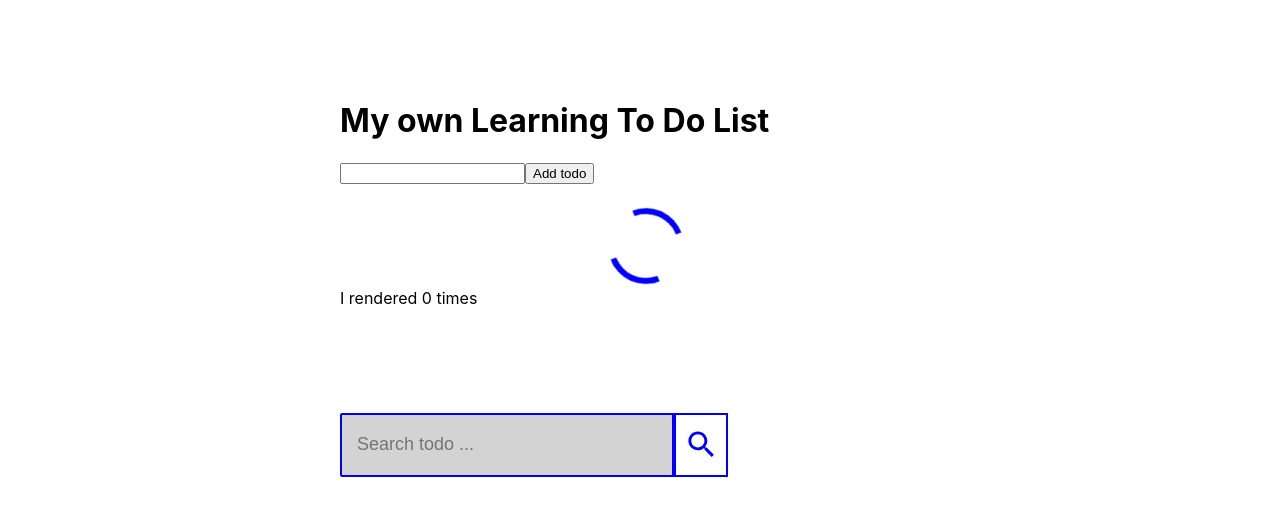
Repository: ArusyakAghajanyan/To-Do
Page: /
The author's editor kept a copy of each file at every save. The page is drawn from the files as they stood at one save, then again after the next save.
The browser window is 1280 px wide. The pictures show the whole page.
The page's requests for data from a server got no answer. The project was rebuilt for these pictures with package versions that can differ from the ones it lists, and the page was loaded fresh each time. No one was signed in, and anything a server would have sent is missing. Also part of the build but not shown: src/Todo/TodoItem.js, src/Todo/TodoList.js.

Above is the page before, as saved 2022-03-11 02:03:44.

### src/index.css
body {
  margin: 0;
  font-family: -apple-system, BlinkMacSystemFont, 'Segoe UI', 'Roboto', 'Oxygen',
    'Ubuntu', 'Cantarell', 'Fira Sans', 'Droid Sans', 'Helvetica Neue',
    sans-serif;
  -webkit-font-smoothing: antialiased;
  -moz-osx-font-smoothing: grayscale;
}

code {
  font-family: source-code-pro, Menlo, Monaco, Consolas, 'Courier New',
    monospace;
}
.wrapper {
  padding-top: 5rem;
  margin: 0 auto;
  width: 600px;
}
.rm {
  background: red;
  border-radius: 50%;
  color:#fff;
  border: none;
}

.done {
  text-decoration: line-through;
}

.lds-dual-ring {
  display: inline-block;
  width: 80px;
  height: 80px;
}

.lds-dual-ring:after {
  content: " ";
  display: block;
  width: 64px;
  height: 64px;
  margin: 8px;
  border-radius: 50%;
  border: 6px solid blue;
  border-color: blue transparent blue transparent;
  animation: lds-dual-ring 1.2s linear infinite;
}
@keyframes lds-dual-ring {
  0% {
    transform: rotate(0deg);
  }
  100% {
    transform: rotate(360deg);
  }
}

### src/App.js
import React, { useEffect, useRef } from 'react'
import TodoList from './Todo/TodoList'
import Context from './context'
import Loader from './Loader'
import SearchBar from './Search/SearchBar'

const AddTodo = React.lazy(
  () =>
  new Promise(resolve => {
    setTimeout(() => {
      resolve(import('./Todo/AddTodo'))
    }, 3000)
  })
  )

function App() {
  const [todos, setTodos] = React.useState([])
    // { id: 1, completed: false, title: 'Learn HTML, CSS'},
    // { id: 2, completed: true, title: 'Learn Js'},
    // { id: 3, completed: false, title: 'Learn React'},
    // { id: 4, completed: false, title: 'Learn Java'}
  const [loading, setLoading] = React.useState(true)
  const renderCount = useRef(0)

  useEffect(() => {
    renderCount.current = renderCount.current + 1
  })


useEffect(() => {
  fetch('https://jsonplaceholder.typicode.com/todos?_limit=5')
    .then(response => response.json())
    .then(todos => {
      setTimeout(() => {
        setTodos(todos)
        setLoading(false)
      }, 2000)
    })
}, [])

  function toggleTodo(id){
    setTodos(
    todos.map(todo => {
    if (todo.id === id) {
      todo.completed = !todo.completed
    }
    return todo
    })
    )
  }

  function removeTodo(id){
   setTodos(todos.filter(todo => todo.id !== id))
  }

  function addTodo(title) {
    setTodos(todos.concat([{
      title,
      id: Date.now(),
      completed: false
    }]))
  }
  return (
    <Context.Provider value={{ removeTodo }}>
    <div className='wrapper'>
      <h1>My own Learning To Do List</h1>
      <React.Suspense fallback={<p>Loading...</p>}>

      <AddTodo onCreate={addTodo} />
      </React.Suspense>
      {loading && <Loader />}
      {todos.length ? (
      <TodoList todos={todos} onToggle={toggleTodo} />
      ) : loading ? null : (
        <p>No todos!</p>
       )}
       <div> I rendered {renderCount.current} times </div>
       <div >
      <SearchBar placeholder="Search todo ..." data={todos} />
    </div>

    </div>
    </Context.Provider>

  )
}

export default App

// className="App"

### src/Loader.js
import React from 'react'

export default () => <div style={{display: 'flex', justifyContent: 'center', margin: '.5rem' }}>
    <div className="lds-dual-ring" /></div>

### src/Search/SearchBar.js
import React, { useState } from "react";
import "./SearchBar.css";
import SearchIcon from '@mui/icons-material/Search';
import CloseIcon from '@mui/icons-material/Close';

function SearchBar({ placeholder, data }) {
  const [filteredData, setFilteredData] = useState([]);
  const [wordEntered, setWordEntered] = useState("");

  const handleFilter = (event) => {
    const searchWord = event.target.value;
    setWordEntered(searchWord);
    const newFilter = data.filter((value) => {
      return value.title.toLowerCase().includes(searchWord.toLowerCase());
    });

    if (searchWord === "") {
      setFilteredData([]);
    } else {
      setFilteredData(newFilter);
    }
  };

  const clearInput = () => {
    setFilteredData([]);
    setWordEntered("");
  };

  return (
    <div className="search">
      <div className="searchInputs">
        <input
          type="text"
          placeholder={placeholder}
          value={wordEntered}
          onChange={handleFilter}

        />
        <div className="searchIcon">
          {filteredData.length === 0 ? (
            <SearchIcon />
          ) : (
            <CloseIcon id="clearBtn" onClick={clearInput} />
          )}
        </div>
      </div>
      {filteredData.length != 0 && (
        <div className="dataResult">
          {filteredData.slice(0, 15).map((value, key) => {
            return (
              <a className="dataItem" href={value.link} target="_blank">
                <p>{value.title} </p>
              </a>
            );
          })}
        </div>
      )}
    </div>
  );

}

export default SearchBar;

### src/Todo/AddTodo.js
import React, { useState } from "react";
import PropTypes from "prop-types";

function useInputValue(defaultValue = " ") {
  const [value, setValue] = useState(defaultValue);
  return {
    bind: {
      value,
      onChange: (event) => setValue(event.target.value),
    },
    clear: () => setValue(""),
    value: () => value,
  };
}

function AddTodo({ onCreate }) {
  const input = useInputValue(" ");

  function submitHandler(event) {
    event.preventDefault();

    if (input.value().trim()) {
      onCreate(input.value());
      input.clear();
    }
  }

  return (
    <form style={{ marginBottom: "1rem" }} onSubmit={submitHandler}>
      <input {...input.bind} />
      <button type="submit">Add todo</button>
    </form>
  );
}

AddTodo.propTypes = {
  onCreate: PropTypes.func.isRequired,
};

export default AddTodo;

### src/Search/SearchBar.css
.searchInputs {
    margin-top: 105px;
    display: flex;
  }

  .search input{
    background-color: lightgray;
    border: 2px solid blue;
    border-radius: 2px;
    border-top-right-radius: 0px;
    border-bottom-right-radius: 0px;
    font-size: 18px;
    padding: 15px;
    height: 30px;
    width: 300px;
  }

  .searchIcon {
    border: 2px solid blue;
    height: 60px;
    width: 50px;
    background-color: white;
    display: grid;
    place-items: center;
    color: blue;
  }

  input:focus {
    outline: none;
  }
  .searchIcon svg {
    font-size: 35px;
  }

  .dataResult {
    margin-top: 5px;
    width: 300px;
    height: 200px;
    background-color: white;
    box-shadow: rgba(0, 0, 0, 0.35) 0px 5px 15px;
    overflow: hidden;
    overflow-y: auto;
  }

  .dataResult::-webkit-scrollbar {
    display: none;
  }

  .dataResult .dataItem {
    width: 100%;
    height: 50px;
    display: flex;
    align-items: center;
    color: black;
  }

  .dataItem p {
    margin-left: 10px;
  }
  a {
    text-decoration: none;
  }

  a:hover {
    background-color: lightgrey;
  }

  #clearBtn {
    cursor: pointer;
  }

Loaded but not shown: public/index.html (common file); src/index.js (common file); src/reportWebVitals.js (common file); src/context.js (common file)

After the next save:
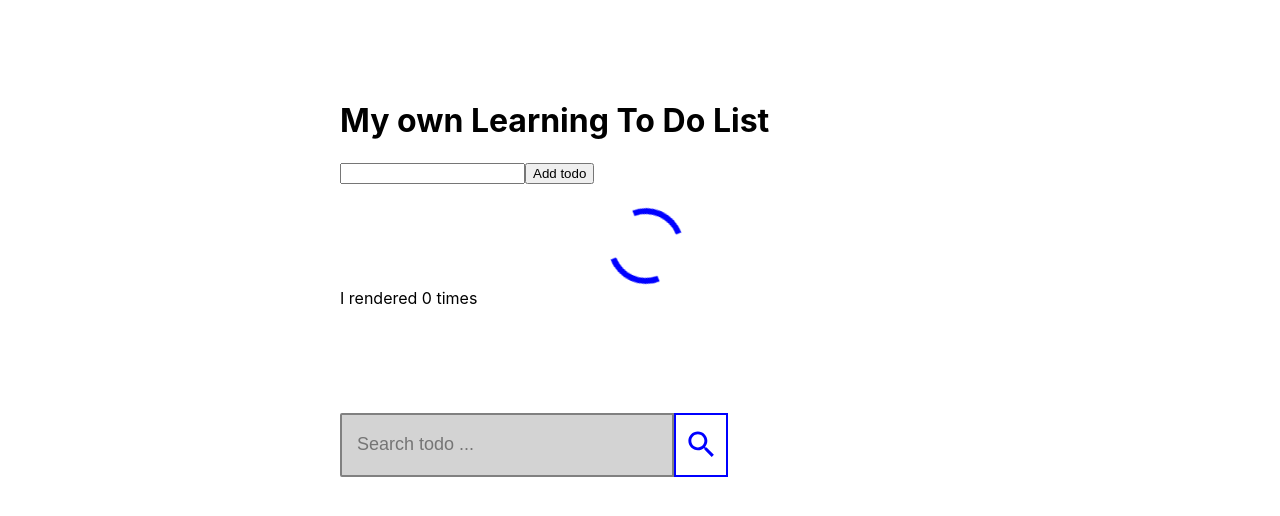
Saved 5 s later.
--- a/src/Search/SearchBar.css
+++ b/src/Search/SearchBar.css
@@ -5,7 +5,7 @@
 
   .search input{
     background-color: lightgray;
-    border: 2px solid blue;
+    border: 2px solid gray;
     border-radius: 2px;
     border-top-right-radius: 0px;
     border-bottom-right-radius: 0px;
